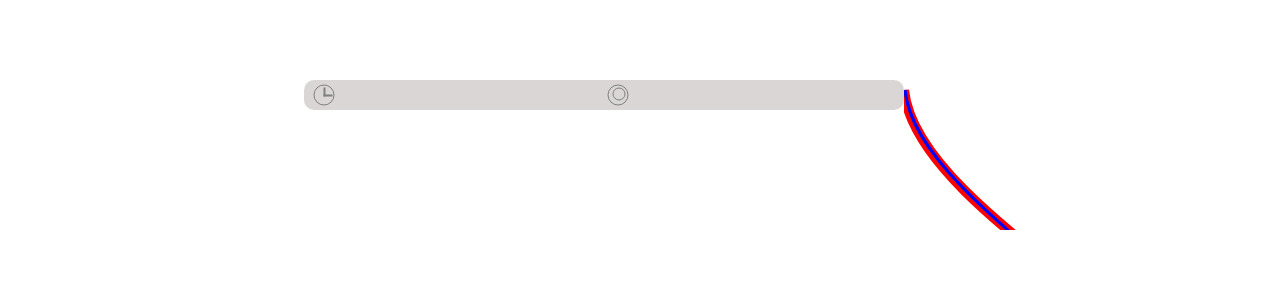
Repository: Gaj123-coder/emoji-search-app
Page: /
An editor plug-in stored every save of this project. The page is shown before and after the next save, followed by the edit.
The browser window is 1280 px wide. The pictures show the whole page.
The project was rebuilt for these pictures with package versions that can differ from the ones it lists, and the page was loaded fresh each time.

Above is the page before, as saved 2021-10-30 19:37:14.

### public/index.html
<!DOCTYPE html>
<html>
    <head>
        <title>Emoji Search</title>
        <meta charset="UTF-8">
        <meta name="author" content="Gajanan C Hegde">
        <meta name="description" content="A simple emoji search app using React JS">
        <meta name="view-port" content="width=device-width,initial-scale=1">
        <meta property="og:title" content="emoji">
        <meta property="og:description" content="An emoji searh app">
        <meta property="og:url" content="http://www.emojis..com">
        <meta property="og:image" content="https://seeklogo.com/images/S/smile-with-glasses-emoji-logo-0C5A7F9874-seeklogo.com.png">
        <meta property="twitter:title" content="Emoji Search">
        <meta property="twitter:image" content="https://seeklogo.com/images/S/smile-with-glasses-emoji-logo-0C5A7F9874-seeklogo.com.png">
        <meta property="twitter:description" content="A simple recat js emloji search app">
        <meta property="twitter:card" content="summary_large_page">
        <meta property="facebook:title" content="Emoji Search">
        <meta property="facebook:image" content="https://seeklogo.com/images/S/smile-with-glasses-emoji-logo-0C5A7F9874-seeklogo.com.png">
        <meta property="facebooks:description" content="A simple react app for emoji search">
        <meta proprty="facebook:url" content="https://www.emojis.com">
        <link rel="canonical" href="index.html"/>
    </head>
    <body>
        <div id="root"></div>
    </body>
</html>

### src/App.js
import './App.css';
import {sad1,worry1,angry1,happy1,smiley1,peace1,love1,joy1,laugh1,gift1,smile1,hands1,sports1,supper1,evil1,shy1,tasty1,confuse1,sleepy1} from "./Components/emotions";
function App() {
  return (
    <div className="dec">
      <div>
        <svg>
          <circle cx="20" cy="15" r="10px" stroke="grey" strokeWidth="1px" fill="rgb(218, 214, 214)"/>
          <rect x="20" y="8" width="1px" height="8px" stroke="grey" strokeWidth="1px" fill="rgb(218, 214, 214)"/>
          <rect x="20" y="15" width="8px" height="1px" stroke="grey" strokeWidth="1px" fill="rgb(218, 214, 214)"/>
        </svg>
      </div>
      <div>
        <svg>
          <circle cx="14" cy="15" r="10px" stroke="grey" strokeWidth="1px" fill="rgb(218, 214, 214)"/>
          <circle cx="15" cy="14" r="6px" stroke="grey" strokeWidth="1px" fill="rgb(218, 214, 214)"/>
        </svg>
      </div>
      <div>
       <svg>
         <path d="M0 10 c10 100 202 202 302 302" stroke="red" strokeWidth="10" fill="none"/>
         <path d="M 1 10 c10 100 200 200 400 400" stroke="blue" strokeWidth="3" fill="none"/>
       </svg>
      </div>
    </div>
  );
}

export default App;

### src/App.css
.dec{
  background-color: rgb(218, 214, 214);
  width:600px;
  height:30px;
  position: relative;
  left:19rem;
  border-radius:10px;
  top:5rem;
  display:flex;
  flex-direction:row;
  flex-wrap:nowrap;
}

.dec>div>svg{
  width:inherit;
  height:inherit;
}

### src/Components/emotions.js
const sad=["128524","128528",'128530',"128532","128542","128546","128549","128557"]
const worry=["128524","128529","128531","128532","128533","128543","128552","128553"]
const angry=["128520","128544","128545","128548","12855"]
const happy=["128512","128513","128514","128518","128522"]
const love=["128525","128535","128536","128537","128538"]
const joy=["128513","128517","128519","128521","128539","128540","128541"]
const laugh=["128513","128514","128518"]
const smile=["128512","128516"]
const gift=["127873","127891","127894","127874","127879","129395","127882","127876"]
const sports=["127939","127943","127947","","","","","","",""]
const hands=["128075","128588","129309","65039","128591","128077","129305","129304","128076","129306"]
const supper=["128526","128527"]
const peace=["128512","128515","128516","128519"]
const evil=["128520"]
const shy=["128522"]
const tasty=["128523"]
const confuse=["128534","128533","128550"]
const sleepy=["128554"]
const smiley=["128512","128513","128514","128515","128516","128517","128518","128519","128520","128521","128522","128523","128524","128525",
"128526","128527","128528","128529","128530","128531","128532","128533","128534","128535","128536","128537","128538","128539","128540"]

export const smiley1=smiley;
export const peace1=peace;
export const sad1=sad;
export const happy1=happy;
export const worry1=worry;
export const angry1=angry;
export const love1=love;
export const joy1=joy;
export const laugh1=laugh;
export const gift1=gift;
export const smile1=smile;
export const sports1=sports;
export const hands1=hands;
export const supper1=supper;
export const evil1=evil;
export const shy1=shy;
export const tasty1=tasty;
export const confuse1=confuse;
export const sleepy1=sleepy;

Loaded but not shown: src/index.js (common file); src/index.css (common file)

After the next save:
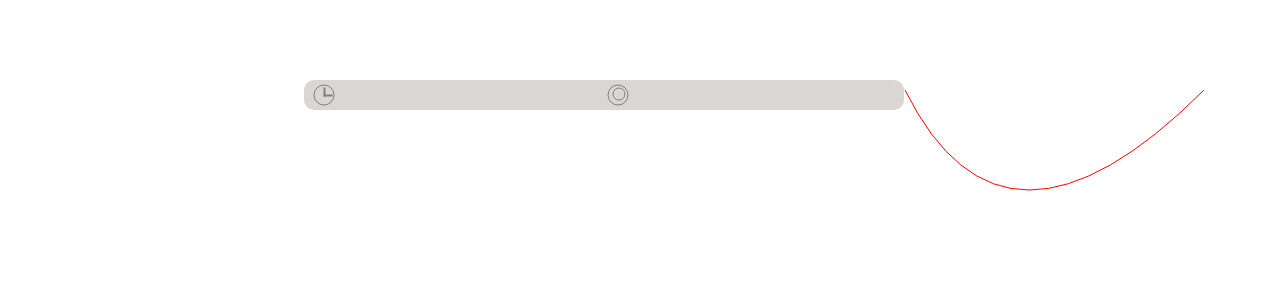
Saved 2 min 12 s later.
--- a/src/App.js
+++ b/src/App.js
@@ -18,8 +18,7 @@ function App() {
       </div>
       <div>
        <svg>
-         <path d="M0 10 c10 100 202 202 302 302" stroke="red" strokeWidth="10" fill="none"/>
-         <path d="M 1 10 c10 100 200 200 400 400" stroke="blue" strokeWidth="3" fill="none"/>
+         <path d="M1 10 Q100 210 300 10" stroke="red" strokeWidth="1px" fill="white"/>
        </svg>
       </div>
     </div>
